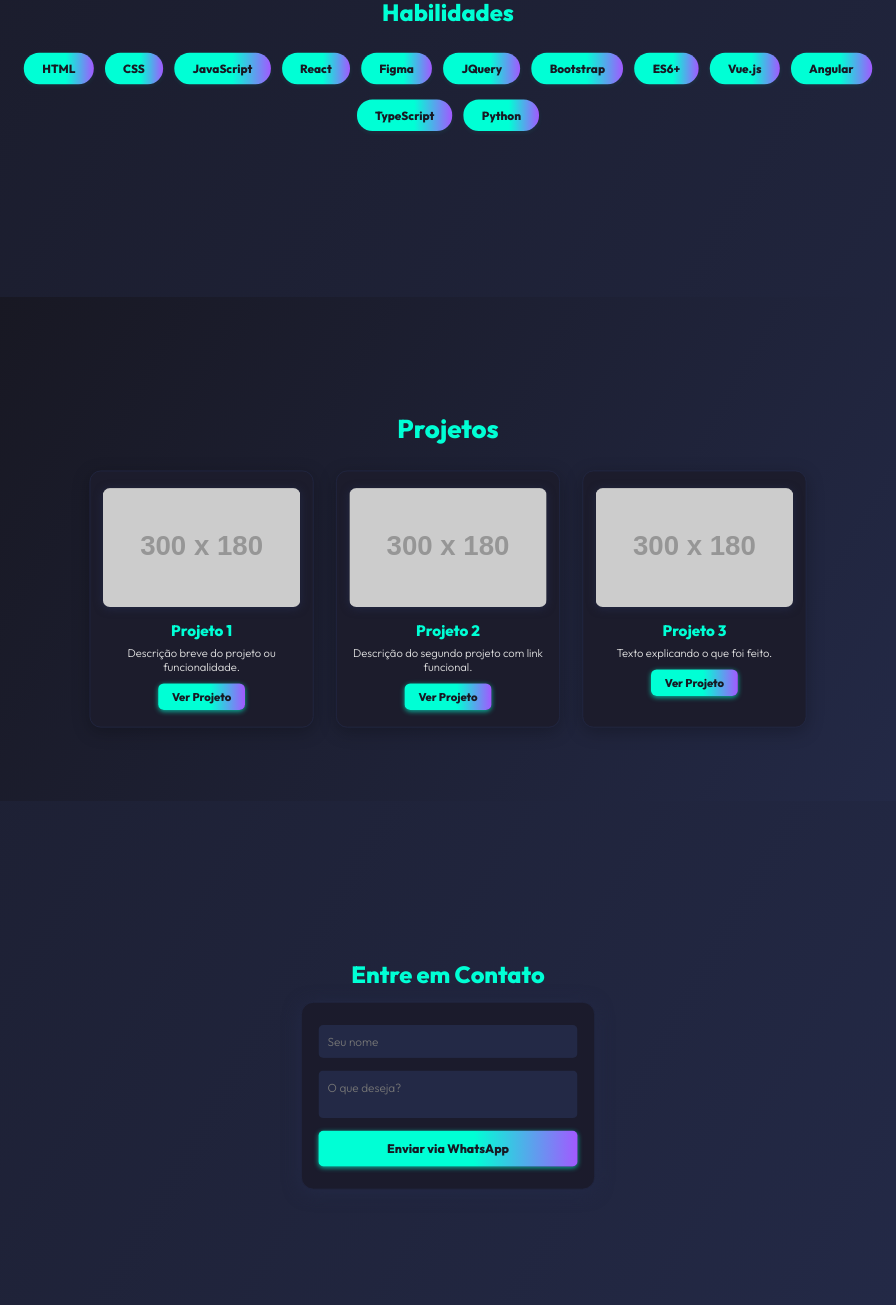
Repository: Wbyh7z/meu-portfolio
Page: src/index.html
The author's editor kept a copy of each file at every save. The page is drawn from the files as they stood at one save, then again after the next save.
The browser window is 1280 px wide. The pictures show the part of the page from y = 1735 to 3655 px (the page is 3600 px tall before and 3655 px after), at 70% of full size.

Above is the page before, as saved 2025-08-11 00:12:06.

### src/index.html
<!DOCTYPE html>
<html lang="pt-br">
<head>
  <meta charset="UTF-8" />
  <meta name="viewport" content="width=device-width, initial-scale=1.0"/>
  <title>Portfólio - Freelancer Metzad</title>
  <link rel="stylesheet" href="style.css" />
  <link href="https://fonts.googleapis.com/css2?family=Outfit:wght@300;600;800&display=swap" rel="stylesheet">
</head>
<body>
  <nav class="navbar">
    <div class="menu-toggle" id="menu-toggle" aria-label="Abrir menu" tabindex="0">
      <span></span>
      <span></span>
      <span></span>
    </div>
    <ul id="nav-list">
      <li><a href="#inicio" class="active">Início</a></li>
      <li><a href="#sobre">Sobre Mim</a></li>
      <li><a href="#habilidades">Habilidades</a></li>
      <li><a href="#projetos">Projetos</a></li>
      <li><a href="#contato">Contato</a></li>
    </ul>
  </nav>

  <section id="inicio" class="inicio">
    <div class="container">
      <img src="../img/IMG_1729.JPG" alt="Minha Foto" class="foto" />
      <h1 class="nome">Weberty Marcilio</h1>
      <p class="profissao">Desenvolvedor Front-End</p>
    </div>
  </section>

  <section id="sobre" class="sobre">
  <div class="glass-box">
    <h2>Sobre Mim</h2>
    <p>
      Sou um desenvolvedor front-end apaixonado por criar interfaces bonitas, responsivas e modernas.
      Gosto de transformar ideias em código com atenção aos detalhes e uma boa dose de criatividade.
    </p>
  </div>
</section>


  <section id="habilidades" class="habilidades">
    <h2>Habilidades</h2>
    <div class="skills">
      <span>HTML</span>
      <span>CSS</span>
      <span>JavaScript</span>
      <span>React</span>
      <span>Figma</span>
      <span>JQuery</span>
      <span>Bootstrap</span>
      <span>ES6+</span>
      <span>Vue.js</span>
      <span>Angular</span>
      <span>TypeScript</span>
      <span>Python</span>
    </div>
  </section>

 <section id="projetos">
  <h2>Projetos</h2>
  <div class="projetos-container">
    <div class="projeto">
      <img src="https://via.placeholder.com/300x180" alt="Projeto 1">
      <h3>Projeto 1</h3>
      <p>Descrição breve do projeto ou funcionalidade.</p>
      <a href="#" target="_blank">Ver Projeto</a>
    </div>
    <div class="projeto">
      <img src="https://via.placeholder.com/300x180" alt="Projeto 2">
      <h3>Projeto 2</h3>
      <p>Descrição do segundo projeto com link funcional.</p>
      <a href="#" target="_blank">Ver Projeto</a>
    </div>
    <div class="projeto">
      <img src="https://via.placeholder.com/300x180" alt="Projeto 3">
      <h3>Projeto 3</h3>
      <p>Texto explicando o que foi feito.</p>
      <a href="#" target="_blank">Ver Projeto</a>
    </div>
  </div>
</section>
  <section id="contato" class="contato">
    <h2>Entre em Contato</h2>
    <form class="formulario-contato" onsubmit="EnviarWhatsApp(event)">
      <input type="text" id="nome" placeholder="Seu nome" required>
      <textarea id="mensagem" placeholder="O que deseja?" required></textarea>
      <button type="submit">Enviar via WhatsApp</button>
    </form>
  </section>
  <script>
    // Menu mobile
    const menuToggle = document.getElementById('menu-toggle');
    const navList = document.getElementById('nav-list');
    menuToggle.addEventListener('click', () => {
      navList.classList.toggle('open');
    });
    menuToggle.addEventListener('keypress', (e) => {
      if (e.key === 'Enter') navList.classList.toggle('open');
    });

    // Navbar ativo
    const links = document.querySelectorAll('.navbar a');
    links.forEach(link => {
      link.addEventListener('click', function() {
        links.forEach(l => l.classList.remove('active'));
        this.classList.add('active');
        if(window.innerWidth <= 768) navList.classList.remove('open');
      });
    });

    // WhatsApp
    function EnviarWhatsApp(event) {
      event.preventDefault();
      const nome = document.getElementById("nome").value;
      const mensagem = document.getElementById("mensagem").value;
      const telefone = "5563992388347";
      const texto = `Olá, meu nome é ${nome}, ${mensagem}`;
      const msgFormatada = encodeURIComponent(texto);
      const url = `https://wa.me/${telefone}?text=${msgFormatada}`;
      window.open(url, "_blank");
    }
  </script>
</body>
</html>

### src/style.css
* {
  margin: 0;
  padding: 0;
  box-sizing: border-box;
  font-family: 'Outfit', sans-serif;
}

body {
  min-height: 100vh;
  background: linear-gradient(120deg, #181823 0%, #232946 100%);
  color: #fff;
  scroll-behavior: smooth;
  position: relative;
  overflow-x: hidden;
}

/* ANIMAÇÃO DE FUNDO */
body::before {
  content: "";
  position: fixed;
  top: -100px;
  left: -100px;
  width: 120vw;
  height: 120vh;
  background: radial-gradient(circle at 20% 20%, #00ffd5 0%, transparent 60%),
              radial-gradient(circle at 80% 80%, #a259ff 0%, transparent 60%);
  opacity: 0.08;
  z-index: 0;
  pointer-events: none;
}

/* NAVBAR */
.navbar {
  position: fixed;
  top: 0;
  width: 100%;
  background: rgba(17, 17, 17, 0.95);
  display: flex;
  justify-content: center;
  z-index: 1000;
  box-shadow: 0 2px 16px rgba(0,0,0,0.4);
  transition: background 0.3s;
}

.navbar ul {
  display: flex;
  list-style: none;
  padding: 1rem 2rem;
  gap: 2.5rem;
}

.navbar a {
  color: #fff;
  text-decoration: none;
  font-weight: 600;
  font-size: 1.1rem;
  letter-spacing: 1px;
  padding: 8px 18px;
  border-radius: 8px;
  transition: color 0.3s, background 0.3s;
}

.navbar a:hover,
.navbar a.active {
  color: #181823;
  background: #00ffd5;
}

/* MENU HAMBURGUER MOBILE */
.menu-toggle {
  display: none;
  flex-direction: column;
  justify-content: center;
  cursor: pointer;
  margin-left: 1rem;
}

.menu-toggle span {
  width: 28px;
  height: 3px;
  background: #fff;
  margin: 4px 0;
  border-radius: 2px;
  transition: 0.4s;
}

/* SECTIONS */
section {
  padding: 120px 20px 60px 20px;
  min-height: 100vh;
  display: flex;
  flex-direction: column;
  justify-content: center;
  align-items: center;
  text-align: center;
  position: relative;
  z-index: 1;
}

/* INÍCIO */
.inicio .foto {
  width: 170px;
  height: 170px;
  border-radius: 50%;
  object-fit: cover;
  border: 6px solid #00ffd5;
  box-shadow: 0 0 40px #00ffd5, 0 0 0 10px #232946;
  animation: float 3s ease-in-out infinite;
  margin-bottom: 18px;
}

@keyframes float {
  0% { transform: translateY(0);}
  50% { transform: translateY(-12px);}
  100% { transform: translateY(0);}
}

.inicio .nome {
  margin-top: 10px;
  font-size: 2.7rem;
  font-weight: 800;
  letter-spacing: 1px;
  color: #00ffd5;
  text-shadow: 0 2px 12px #181823;
}

.inicio .profissao {
  color: #a259ff;
  font-size: 1.3rem;
  margin-top: 8px;
  font-weight: 600;
  letter-spacing: 1px;
}

/* SOBRE */
.sobre .glass-box {
  background: rgba(255, 255, 255, 0.07);
  backdrop-filter: blur(12px);
  border-radius: 22px;
  padding: 48px 32px;
  box-shadow: 0 0 32px rgba(128, 0, 255, 0.25);
  max-width: 700px;
  width: 95%;
  border: 1.5px solid rgba(255, 255, 255, 0.13);
  margin-top: 24px;
  transition: box-shadow 0.4s, transform 0.4s;
}

.sobre .glass-box:hover {
  box-shadow: 0 0 48px rgba(170, 0, 255, 0.5);
  transform: scale(1.015);
}

.sobre .glass-box h2 {
  color: #00ffd5;
  margin-bottom: 18px;
  font-size: 2.1rem;
}

.sobre .glass-box p {
  font-size: 1.15rem;
  line-height: 1.7;
  color: #e0e0e0;
}

/* HABILIDADES */
.habilidades h2 {
  color: #00ffd5;
  font-size: 2.1rem;
  margin-bottom: 18px;
}

.skills {
  display: flex;
  flex-wrap: wrap;
  justify-content: center;
  margin-top: 18px;
  gap: 1rem;
}

.skills span {
  background: linear-gradient(90deg, #00ffd5 60%, #a259ff 100%);
  color: #181823;
  padding: 12px 26px;
  border-radius: 22px;
  font-weight: bold;
  font-size: 1.05rem;
  box-shadow: 0 2px 8px rgba(0,255,213,0.08);
  margin-bottom: 6px;
  transition: transform 0.2s, box-shadow 0.2s;
}

.skills span:hover {
  transform: scale(1.08) rotate(-2deg);
  box-shadow: 0 4px 16px #00ffd5;
}

/* PROJETOS */
#projetos {
  background: linear-gradient(120deg, #181823 0%, #232946 100%);
  color: #fff;
  text-align: center;
}

#projetos h2 {
  font-size: 2.3rem;
  margin-bottom: 36px;
  color: #00ffd5;
}

.projetos-container {
  display: flex;
  flex-wrap: wrap;
  justify-content: center;
  gap: 32px;
}

.projeto {
  background: rgba(28, 28, 44, 0.98);
  border-radius: 16px;
  padding: 24px 18px;
  width: 320px;
  transition: transform 0.3s, box-shadow 0.3s;
  box-shadow: 0 6px 24px rgba(0,0,0,0.25);
  text-align: center;
  border: 1.5px solid #232946;
  position: relative;
  overflow: hidden;
}

.projeto:hover {
  transform: translateY(-8px) scale(1.04);
  box-shadow: 0 12px 32px #00ffd5aa;
  border-color: #00ffd5;
}

.projeto img {
  width: 100%;
  border-radius: 10px;
  margin-bottom: 15px;
  box-shadow: 0 2px 12px #232946;
}

.projeto h3 {
  font-size: 1.35rem;
  margin-bottom: 8px;
  color: #00ffd5;
}

.projeto p {
  font-size: 1rem;
  margin-bottom: 14px;
  color: #e0e0e0;
}

.projeto a {
  background: linear-gradient(90deg, #00ffd5 60%, #a259ff 100%);
  color: #181823;
  padding: 9px 20px;
  border-radius: 8px;
  text-decoration: none;
  font-weight: bold;
  font-size: 1rem;
  transition: background 0.3s, color 0.3s;
  box-shadow: 0 2px 8px #00ffd5aa;
  display: inline-block;
}

.projeto a:hover {
  background: #181823;
  color: #00ffd5;
  border: 1.5px solid #00ffd5;
}

/* CONTATO */
.contato h2 {
  color: #00ffd5;
  font-size: 2.1rem;
  margin-bottom: 18px;
}

.formulario-contato {
  display: flex;
  flex-direction: column;
  gap: 18px;
  width: 95%;
  max-width: 420px;
  margin: 0 auto;
  background: rgba(28, 28, 44, 0.98);
  padding: 32px 24px;
  border-radius: 18px;
  box-shadow: 0 4px 24px #232946;
  border: 1.5px solid #232946;
}

.formulario-contato input,
.formulario-contato textarea {
  padding: 12px;
  border: none;
  border-radius: 7px;
  font-size: 1.05rem;
  background: #232946;
  color: #fff;
  resize: none;
  outline: none;
  transition: box-shadow 0.2s, border 0.2s;
  border: 1.5px solid transparent;
}

.formulario-contato input:focus,
.formulario-contato textarea:focus {
  border: 1.5px solid #00ffd5;
  box-shadow: 0 0 8px #00ffd5;
}

.formulario-contato button {
  padding: 14px;
  background: linear-gradient(90deg, #00ffd5 60%, #a259ff 100%);
  border: none;
  border-radius: 7px;
  font-weight: bold;
  color: #181823;
  font-size: 1.1rem;
  cursor: pointer;
  transition: background 0.3s, color 0.3s;
  box-shadow: 0 2px 8px #00ffd5aa;
}

.formulario-contato button:hover {
  background: #181823;
  color: #00ffd5;
  border: 1.5px solid #00ffd5;
}

/* RESPONSIVO */
@media (max-width: 900px) {
  .projetos-container {
    flex-direction: column;
    align-items: center;
  }
  .projeto {
    width: 95%;
    max-width: 400px;
  }
}

@media (max-width: 768px) {
  .navbar ul {
    flex-direction: column;
    background: #111;
    position: absolute;
    top: 60px;
    left: 0;
    width: 100vw;
    display: none;
    z-index: 1001;
    padding: 1rem 0;
    gap: 1.5rem;
  }
  .navbar ul.open {
    display: flex;
  }
  .menu-toggle {
    display: flex;
    position: absolute;
    right: 24px;
    top: 18px;
    z-index: 1002;
  }
  section {
    padding-top: 100px;
  }
  .inicio .nome {
    font-size: 2rem;
  }
  .skills {
    flex-direction: column;
  }
}

@media (max-width: 500px) {
  .inicio .foto {
    width: 120px;
    height: 120px;
  }
  .projeto {
    padding: 14px 6px;
  }
  .formulario-contato {
    padding: 18px 6px;
  }
}

After the next save:
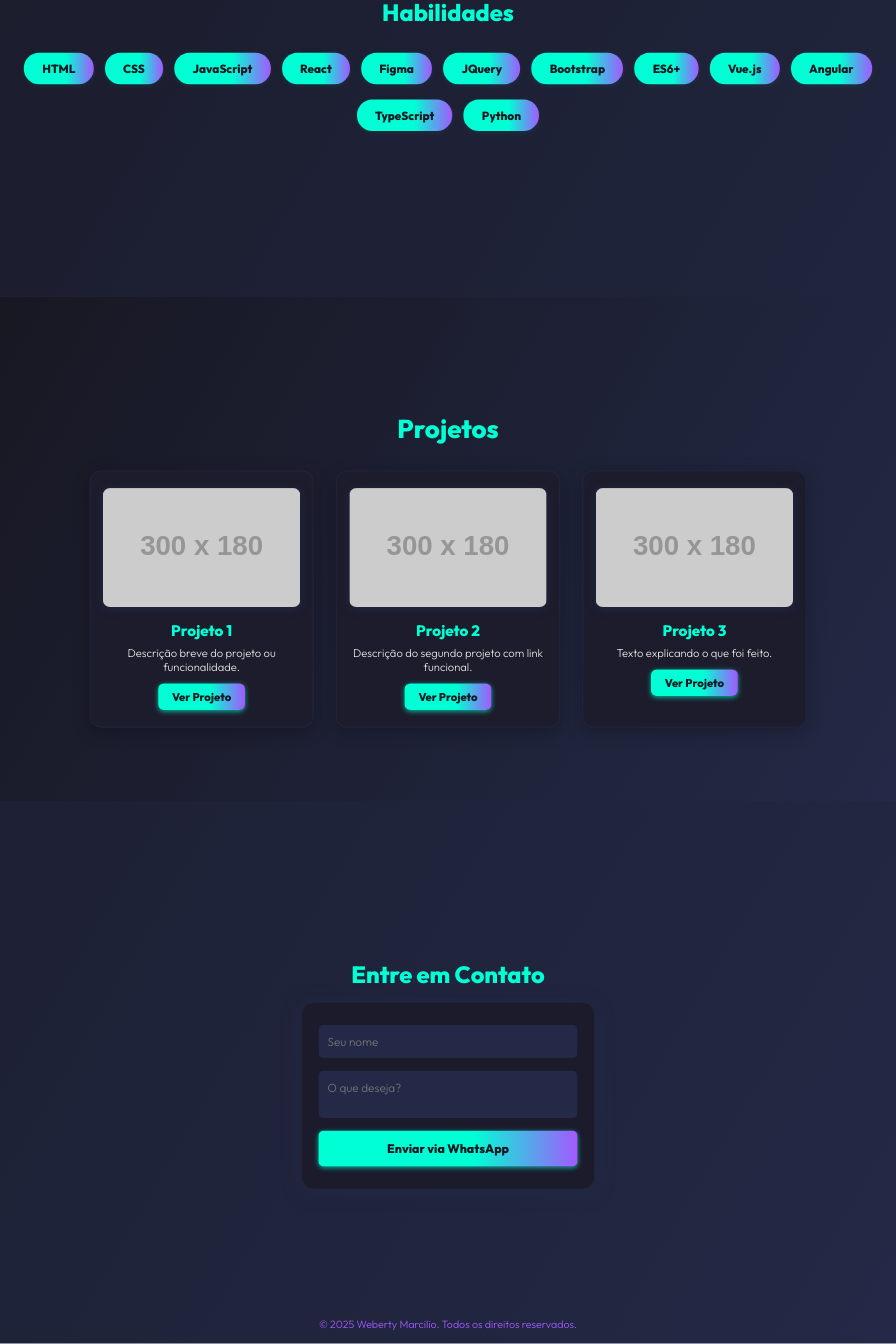
Saved 2 min 22 s later.
--- a/src/index.html
+++ b/src/index.html
@@ -4,6 +4,8 @@
   <meta charset="UTF-8" />
   <meta name="viewport" content="width=device-width, initial-scale=1.0"/>
   <title>Portfólio - Freelancer Metzad</title>
+  <meta name="description" content="Portfólio de Weberty Marcilio, desenvolvedor front-end. Veja projetos, habilidades e entre em contato.">
+  <link rel="icon" href="../img/IMG_1729.JPG" type="image/jpeg">
   <link rel="stylesheet" href="style.css" />
   <link href="https://fonts.googleapis.com/css2?family=Outfit:wght@300;600;800&display=swap" rel="stylesheet">
 </head>
@@ -15,32 +17,31 @@
       <span></span>
     </div>
     <ul id="nav-list">
-      <li><a href="#inicio" class="active">Início</a></li>
-      <li><a href="#sobre">Sobre Mim</a></li>
-      <li><a href="#habilidades">Habilidades</a></li>
-      <li><a href="#projetos">Projetos</a></li>
-      <li><a href="#contato">Contato</a></li>
+      <li><a href="#inicio" class="active" aria-label="Ir para início">Início</a></li>
+      <li><a href="#sobre" aria-label="Ir para sobre mim">Sobre Mim</a></li>
+      <li><a href="#habilidades" aria-label="Ir para habilidades">Habilidades</a></li>
+      <li><a href="#projetos" aria-label="Ir para projetos">Projetos</a></li>
+      <li><a href="#contato" aria-label="Ir para contato">Contato</a></li>
     </ul>
   </nav>
 
   <section id="inicio" class="inicio">
     <div class="container">
-      <img src="../img/IMG_1729.JPG" alt="Minha Foto" class="foto" />
+      <img src="../img/IMG_1729.JPG" alt="Foto de Weberty Marcilio" class="foto" />
       <h1 class="nome">Weberty Marcilio</h1>
       <p class="profissao">Desenvolvedor Front-End</p>
     </div>
   </section>
 
   <section id="sobre" class="sobre">
-  <div class="glass-box">
-    <h2>Sobre Mim</h2>
-    <p>
-      Sou um desenvolvedor front-end apaixonado por criar interfaces bonitas, responsivas e modernas.
-      Gosto de transformar ideias em código com atenção aos detalhes e uma boa dose de criatividade.
-    </p>
-  </div>
-</section>
-
+    <div class="glass-box">
+      <h2>Sobre Mim</h2>
+      <p>
+        Sou um desenvolvedor front-end apaixonado por criar interfaces bonitas, responsivas e modernas.
+        Gosto de transformar ideias em código com atenção aos detalhes e uma boa dose de criatividade.
+      </p>
+    </div>
+  </section>
 
   <section id="habilidades" class="habilidades">
     <h2>Habilidades</h2>
@@ -60,37 +61,48 @@
     </div>
   </section>
 
- <section id="projetos">
-  <h2>Projetos</h2>
-  <div class="projetos-container">
-    <div class="projeto">
-      <img src="https://via.placeholder.com/300x180" alt="Projeto 1">
-      <h3>Projeto 1</h3>
-      <p>Descrição breve do projeto ou funcionalidade.</p>
-      <a href="#" target="_blank">Ver Projeto</a>
+  <section id="projetos">
+    <h2>Projetos</h2>
+    <div class="projetos-container">
+      <div class="projeto">
+        <img src="https://via.placeholder.com/300x180" alt="Imagem do Projeto 1">
+        <h3>Projeto 1</h3>
+        <p>Descrição breve do projeto ou funcionalidade.</p>
+        <a href="https://github.com/seuusuario/projeto1" target="_blank" rel="noopener">Ver Projeto</a>
+      </div>
+      <div class="projeto">
+        <img src="https://via.placeholder.com/300x180" alt="Imagem do Projeto 2">
+        <h3>Projeto 2</h3>
+        <p>Descrição do segundo projeto com link funcional.</p>
+        <a href="https://github.com/seuusuario/projeto2" target="_blank" rel="noopener">Ver Projeto</a>
+      </div>
+      <div class="projeto">
+        <img src="https://via.placeholder.com/300x180" alt="Imagem do Projeto 3">
+        <h3>Projeto 3</h3>
+        <p>Texto explicando o que foi feito.</p>
+        <a href="https://github.com/seuusuario/projeto3" target="_blank" rel="noopener">Ver Projeto</a>
+      </div>
     </div>
-    <div class="projeto">
-      <img src="https://via.placeholder.com/300x180" alt="Projeto 2">
-      <h3>Projeto 2</h3>
-      <p>Descrição do segundo projeto com link funcional.</p>
-      <a href="#" target="_blank">Ver Projeto</a>
-    </div>
-    <div class="projeto">
-      <img src="https://via.placeholder.com/300x180" alt="Projeto 3">
-      <h3>Projeto 3</h3>
-      <p>Texto explicando o que foi feito.</p>
-      <a href="#" target="_blank">Ver Projeto</a>
-    </div>
-  </div>
-</section>
+  </section>
+
   <section id="contato" class="contato">
     <h2>Entre em Contato</h2>
     <form class="formulario-contato" onsubmit="EnviarWhatsApp(event)">
+      <label for="nome" style="display:none;">Nome</label>
       <input type="text" id="nome" placeholder="Seu nome" required>
+      <label for="mensagem" style="display:none;">Mensagem</label>
       <textarea id="mensagem" placeholder="O que deseja?" required></textarea>
       <button type="submit">Enviar via WhatsApp</button>
+      <div id="msg-sucesso" style="display:none;color:#00ffd5;margin-top:10px;font-weight:bold;">
+        Mensagem enviada pelo WhatsApp!
+      </div>
     </form>
   </section>
+
+  <footer style="text-align:center;padding:18px 0;color:#a259ff;font-size:0.95rem;">
+    © 2025 Weberty Marcilio. Todos os direitos reservados.
+  </footer>
+
   <script>
     // Menu mobile
     const menuToggle = document.getElementById('menu-toggle');
@@ -112,7 +124,7 @@
       });
     });
 
-    // WhatsApp
+    // WhatsApp com feedback visual
     function EnviarWhatsApp(event) {
       event.preventDefault();
       const nome = document.getElementById("nome").value;
@@ -122,6 +134,10 @@
       const msgFormatada = encodeURIComponent(texto);
       const url = `https://wa.me/${telefone}?text=${msgFormatada}`;
       window.open(url, "_blank");
+      document.getElementById("msg-sucesso").style.display = "block";
+      setTimeout(() => {
+        document.getElementById("msg-sucesso").style.display = "none";
+      }, 3000);
     }
   </script>
 </body>
